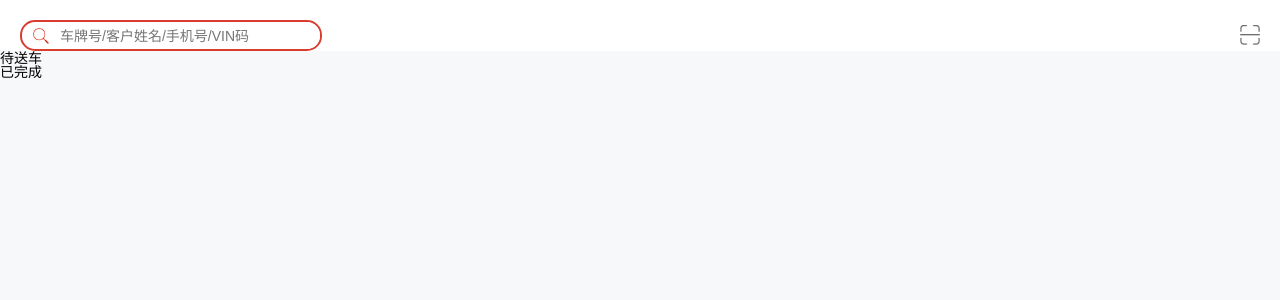
Repository: family-car/car
Page: deliverTask.html
These files come from the project's save history. The page is drawn as it stood at one moment and after the next save; the edit follows.
The browser window is 1280 px wide. The pictures show the whole page.

Above is the page before, as saved 2020-05-12 10:58:16.
Not found: src/js/entry/deliverTask.js

### deliverTask.html
<!-- HTML5文件 -->
<!DOCTYPE html>
<html>
<head>
	<meta charset="utf-8" />
	<meta name="viewport" content="width=device-width,minimum-scale=1.0,maximum-scale=1.0,user-scalable=no"/>
	<meta content="telephone=no,email=no" name="format-detection">
	<meta name="wap-font-scale" content="no">
	<title>送车任务</title>
	<!-- ui框架引入css -->
	<link href="lib/weui/weui.min.css" rel="stylesheet" type="text/css" />
	<link href="lib/weui/jquery-weui.min.css" rel="stylesheet" type="text/css" />
	<!-- 公用样式css -->
	<link href="src/css/base.css" rel="stylesheet" type="text/css" />
	<!-- 界面引入css -->
  <link href="src/css/app/deliverTask.css" rel="stylesheet" type="text/css" />
  <!-- jquery引入 -->
  <script type="text/javascript" src="lib/jquery/jquery-2.1.4.min.js"></script>
  <script type="text/javascript" src="lib/unit.js"></script>
</head>
<body>

<div class="main bot44">
    <div class="taskSearch flex flex-between">
        <div class="searchInput cf">
            <div class="fl flex flex-center searchIcon"><img src="src/image/search.png"/></div>
            <input type="text" placeholder="车牌号/客户姓名/手机号/VIN码" class="fl"/>
        </div>
        <div class="sys"><img src="src/image/sys.png"/></div>
    </div>
    <ul class="taskTabbar">
        <li>待送车</li>
        <li>已完成</li>
    </ul>

</div>

<!-- jquery引入 -->
<script type="text/javascript" src="lib/jquery/swiper.js"></script>
<script type="text/javascript" src="src/js/entry/deliverTask.js"></script>
</body>
</html>

### src/css/base.css
*,
*:after,
*:before {
    -webkit-box-sizing: border-box;
    box-sizing: border-box;
}
[v-cloak] {
  display: none;
}
a,
blockquote,
body,
code,
dd,
div,
dl,
dt,
em,
fieldset,
form,
h1,
h2,
h3,
h4,
h5,
h6,
iframe,
img,
input,
label,
li,
object,
ol,
p,
q,
small,
span,
strong,
table,
tbody,
td,
th,
tr,
ul {
    margin: 0;
    padding: 0;
    border: 0;
}
input{
	outline: none;
}
body,
html {
    width: 100%;
}

body {
    margin: 0 auto;
    line-height: 1;
    font-size: 14px;
    font-family: 'STHeiti', 'Microsoft YaHei', Helvetica, Arial, sans-serif;
    -webkit-text-size-adjust: none;
    -webkit-tap-highlight-color: rgba(0, 0, 0, 0);
}

h1,
h2,
h3,
h4,
h5,
h6 {
    font-size: .28rem;
    font-weight: normal;
}

a,
a:active,
a:focus,
a:hover,
a:visited {
    text-decoration: none;
    color: #393939;
}

a,
img {
    -webkit-touch-callout: none;
}

li,
ol,
ul {
    list-style: none;
}

input[type="password"],
input[type="tel"],
input[type="text"],
select,
textarea {
    display: block;
    width: 100%;
    line-height: 1.2;
    font-size:14px;
    resize: none;
    outline: 0;
    vertical-align: middle;
    background-color: #fff;
    background-image: none;
    border: 0;
    white-space: pre-wrap;
    word-wrap: break-word;
    -webkit-appearance: none;
}

p {
    background-color: transparent;
    word-break: break-all;
}

em,
i {
    font-style: normal;
}
@font-face {
    font-family: 'iconfont';
    src: url("../font/icomoon.eot");
    src: url("../font/icomoon.eot?#iefix") format("embedded-opentype"), url("../font/icomoon.ttf") format("truetype"), url("../font/icomoon.svg#iconfont") format("svg");
}

html {
    background: #fff;
}

body {
    background: #fff;
    color: #000;
}

.fl {
    float: left;
}

.fr {
    float: right;
}

.cf:after {
    display: block;
    clear: both;
    content: "";
    visibility: hidden;
    height: 0;
}

.tr {
    text-align: right;
}

.tc {
    text-align: center;
}

.td-underline {
    text-decoration: underline;
}

.tm {
    vertical-align: middle;
}
.boxSizing{
    box-sizing:border-box;
    -moz-box-sizing:border-box; /* Firefox */
    -webkit-box-sizing:border-box;
}

.flex {
    display: -webkit-box !important;
    display: -webkit-flex !important;
    display: -ms-flexbox !important;
    display: flex !important;
    -webkit-flex-wrap: wrap;
    -ms-flex-wrap: wrap;
    flex-wrap: wrap;
}

.flex .cell {
    -webkit-box-flex: 1;
    -webkit-flex: 1;
    -ms-flex: 1;
    flex: 1;
    width: 0;
    -webkit-flex-basis: 0;
    -ms-flex-preferred-size: 0;
    flex-basis: 0;
    max-width: 100%;
    display: block;
    padding: 0 !important;
    position: relative;
}
.flex .cell2{
    -webkit-box-flex: 2;
    -webkit-flex: 2;
    -ms-flex: 2;
    flex: 2;
}


.flex .cell.hide {
    display: none;
}

.flex .flex-130 {
    -webkit-box-flex: 150!important;
    -webkit-flex: 130!important;
    -ms-flex: 130!important;
    flex: 130!important;
}

.flex .flex-200 {
    -webkit-box-flex: 200!important;
    -webkit-flex: 200!important;
    -ms-flex: 200!important;
    flex: 200!important;
}

.flex-center {
    -webkit-box-pack: center;
    -webkit-justify-content: center;
    justify-content: center;
    -webkit-box-align: center;
    -webkit-align-items: center;
    align-content: center;
}
.flex-between {
    -webkit-box-pack: center;
    -webkit-justify-content: space-between;
    justify-content: space-between;
    -webkit-box-align: center;
    -webkit-align-items: center;
    align-content: center;
}

.img-responsive {
    display: inline-block;
    width: 100%;
}

.bg-white {
    background: #fff;
}

.bg-orange {
    background: #fa462d;
}

.bg-blue {
    background: #246EBE;
}
.bg-green{color:#0BA66D;}
.bg-light-green{color:#56dfb3;}
.bg-gray {
    background: #f3f4f6;
}

.bg-light-yellow {
    background: #fbf8ec;
}

.bg-disabled {
    background: #9d9d9d;
}

.color-blue {
    color: #246EBE;
}

.color-muted {
    color: #9d9d9d;
}

.color-orange {
    color: #fa462d;
}

.color-white {
    color: #fff;
}

.color-gray {
    color: #848689;
}
.color-green{color:#0BA66D;}
.color-light-green{color:#56dfb3;}
.color-red{color:#f23030;}
.color-block{color:#393939;}

.relative {
    position: relative;
}

.overflow {
    overflow: hidden;
}

.ellipsis {
    white-space: nowrap;
    overflow: hidden;
    text-overflow: ellipsis;
}

.clamp {
    display: -webkit-box;
    overflow: hidden;
    text-overflow: ellipsis;
    -webkit-line-clamp: 2;
    -webkit-box-orient: vertical;
}

.animate {
    -webkit-animation-play-state: paused;
}

.hide {
    display: none;
}

.footbar-default .coagent span:before,
.iconfont,
.panel-selector .list li .fr:after,
.select:before {
    font-family: "iconfont" !important;
    font-size: .28rem;
    font-style: normal;
    -webkit-font-smoothing: antialiased;
    -webkit-text-stroke-width: 2px;
    -moz-osx-font-smoothing: grayscale;
}
.btn {
    display: inline-block;
    padding: .18rem .2rem;
    vertical-align: middle;
    font-size: .26rem;
    font-weight: normal;
    line-height: 1;
    text-align: center;
    white-space: nowrap;
    background-image: none;
    border: 1px solid transparent;
    border-radius: .06rem;
    cursor: pointer;
    outline: 0;
    -webkit-appearance: none;
    -webkit-user-select: none;
    -moz-user-select: none;
    -ms-user-select: none;
    user-select: none;
}

.btn-default {
    color: #393939;
    background-color: #fff;
    border-color: #ccc;
}

.btn-primary {
    color: #fff;
    background-color: #0ba66d;
    border-color: #0ba66d;
}

.btn-primary-outline {
    color: #0ba66d;
    background-color: #fff;
    border-color: #0ba66d;
}

.btn-default-outline {
    color: #393939;
    background-color: #fff;
    border-color: #d7d7d7;
}

.btn-disabled {
    color: #fff;
    background-color: #9d9d9d;
    border-color: #9d9d9d;
}

.btn-block {
    display: block;
    width: 100%;
    padding-left: 0;
    padding-right: 0;
}

.btn-primary:active {
    color: #fff;
    background-color: #0ba66d;
    border-color: #0ba66d;
}

.btn-disabled:active {
    color: #fff;
    background-color: #9d9d9d;
    border-color: #9d9d9d;
}

.btn-default:active {
    color: #393939;
    background-color: #d7d7d7;
    border-color: #d7d7d7;
}

.btn-search {
    padding: .06rem .1rem;
    margin-left: .05rem;
    line-height: .4rem;
}

.pd8 {
    padding-right: .8rem;
    padding-left: .8rem;
}

.badge-outline {
    background: #fff;
    border: 1px solid #0ba66d;
    color: #0ba66d;
}

.no_info {
    color: #9d9d9d;
    line-height: 2.2rem;
    text-align: center;
}

.footbar {
    position: fixed;
    left: 0;
    right: 0;
    bottom: 0;
    z-index: 999999;
}
.footbar-default {
    height: 1.01rem;
    background-color: #fff;
    border-top: 1px solid #d7d7d7;
}
/*字体*/
.icon-detail:before {
    content: '\e93b';
}
.icon-floder:before {
    content: '\e91b';
}
.icon-home:before {
    content: '\e901';
}
.icon-order:before {
    content: '\e908';
}
.icon-mine:before {
    content: '\e905';
}
.icon-upload::before{
    content: '\e91c';
}
.icon-add::before{
    content: '\e91e';
}
.icon-detele::before{
    content: '\e920';
}
.icon-warn::before{
    content: '\e91a';
}
.icon-arrow::before{
    content:'\e916'
}
.icon-course::before{
    content:'\e908'
}

 #loading{
     position:fixed;
     top:0;left:0;
     width:100%;height:100%;
     background: rgba(0,0,0,.7);
     z-index:999;
}
 #loading .loader-01{
     position:absolute;top:50%;left:50%;
     width:60px;height:60px;
     margin-top:-30px;
     margin-left:-30px;
     color: #fff;
}
/*button*/
.vehicleEntry_btn{
    color: #F12222;
    width: 206px;
    height: 30px;
    background: #F12222;
    border-radius: 15px;
    color: #fff;
    text-align: center;
    line-height: 30px;
    margin: 0 auto;
    margin-bottom: 20px;
}

### src/css/app/deliverTask.css
body,html{
    background: #f7f8fa;
}
.taskSearch{
    background: #fff;
    padding: 20px 20px 0 20px;
}
.searchInput{
    width: 302px;
    height: 31px;
    border:2px solid #D93D30;
    border-radius: 15px;
}
.searchInput .searchIcon{
    width: 38px;
    height: 27px;
}
.searchInput .searchIcon img{
   width: 16px;
}
.searchInput input{
    width: 260px;
    height: 27px;
    border-radius: 15px;
}
.taskSearch .sys img{
    width: 20px;
    height: 20px;
}
.taskTabbar{
    height: 34px;
}
.taskTabbar li{
    width: 50%;
}
.taskTabbar li.active{
    border-bottom: 2px solid #D93D30;
}

Loaded but not shown: lib/weui/weui.min.css (library); lib/weui/jquery-weui.min.css (library); lib/jquery/jquery-2.1.4.min.js (library); lib/unit.js (library); lib/jquery/swiper.js (library)

After the next save:
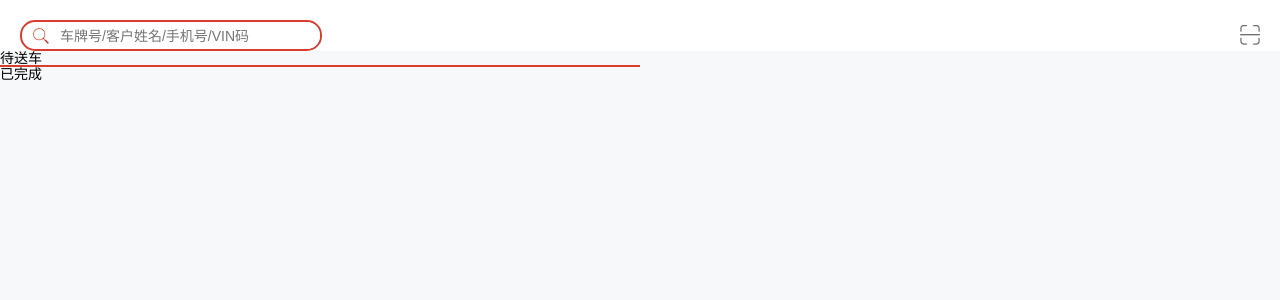
Saved 13 s later.
--- a/deliverTask.html
+++ b/deliverTask.html
@@ -29,7 +29,7 @@
         <div class="sys"><img src="src/image/sys.png"/></div>
     </div>
     <ul class="taskTabbar">
-        <li>待送车</li>
+        <li class="active">待送车</li>
         <li>已完成</li>
     </ul>
 
